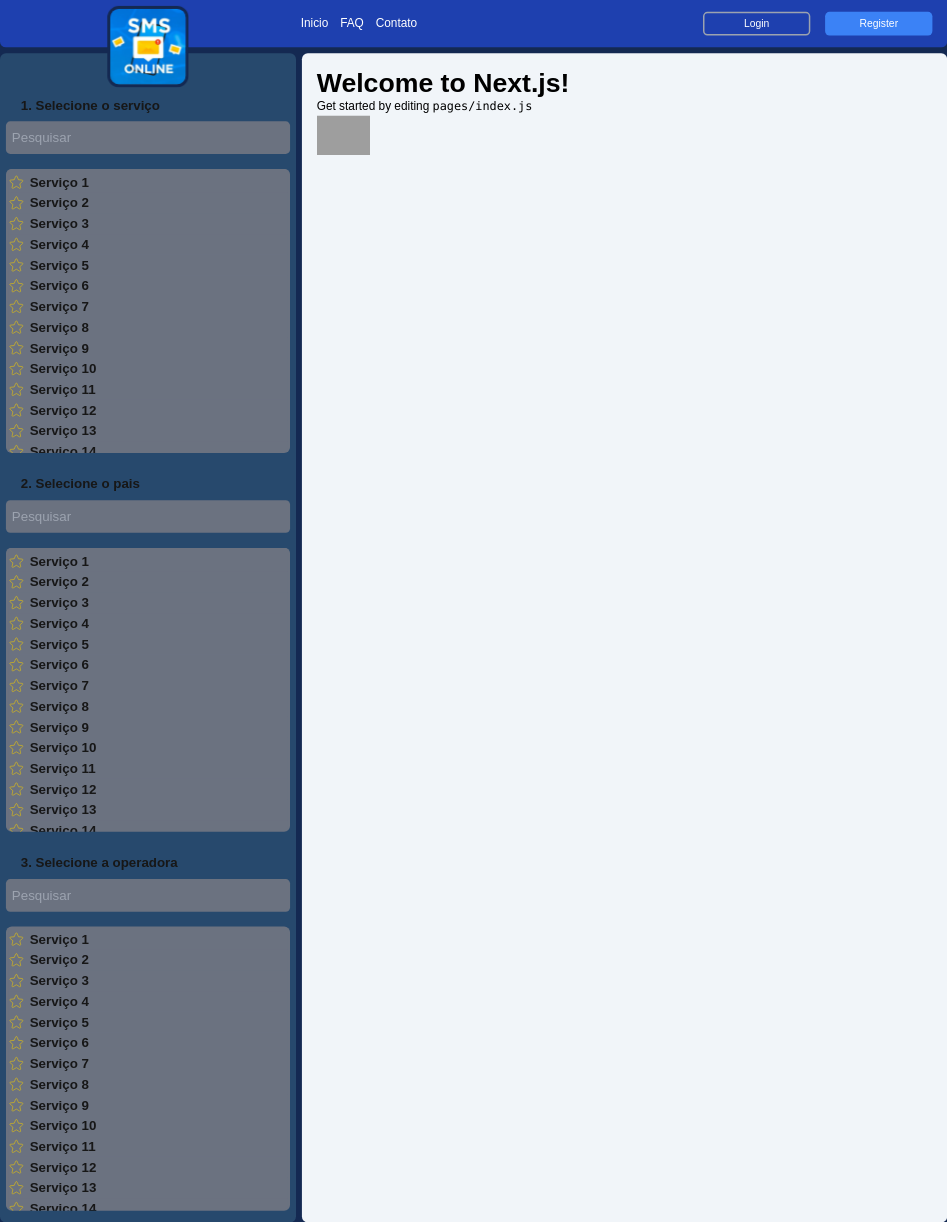
Repository: Felipe-Henrique-Dev/-DIOGO-SMS
Page: /
An editor plug-in stored every save of this project. The page is shown before and after the next save, followed by the edit.
The browser window is 1280 px wide. The pictures show the whole page, at 74% of full size.
Pictures or frames that could not be fetched are drawn as grey boxes. The project was rebuilt for these pictures with package versions that can differ from the ones it lists, and the page was loaded fresh each time. The framework's server and built-in components were replaced by stand-ins that run in the browser. Also part of the build but not shown: next.config.ts.

Above is the page before, as saved 2024-12-16 22:27:16.

After the next save:
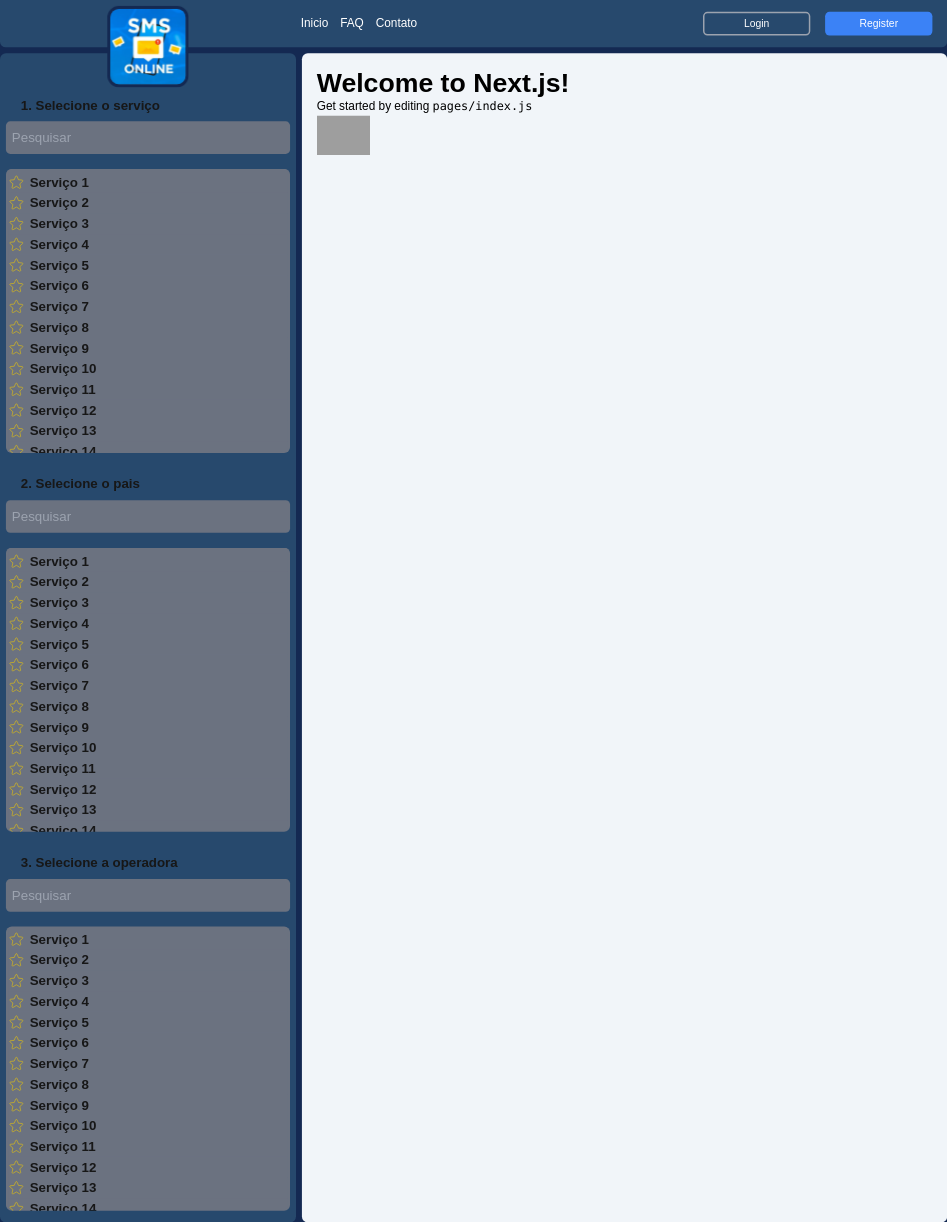
Saved 29 s later.
--- a/src/components/main/Header.tsx
+++ b/src/components/main/Header.tsx
@@ -4,7 +4,7 @@ import { Button } from "./Button";
 
 export default function Header() {
   return (
-    <header className="h-16 bg-blue-800 max-w-screen-2xl m-auto top-0 items-center justify-between  flex rounded-b-lg px-5 z-[99] ">
+    <header className="h-16 bg-background_secondary max-w-screen-2xl m-auto top-0 items-center justify-between  flex rounded-b-lg px-5 z-[99] ">
         <span className="text-white text-lg font-bold"></span>
         <nav className="flex gap-4">
             <a href="#" className="text-white">Inicio</a>
